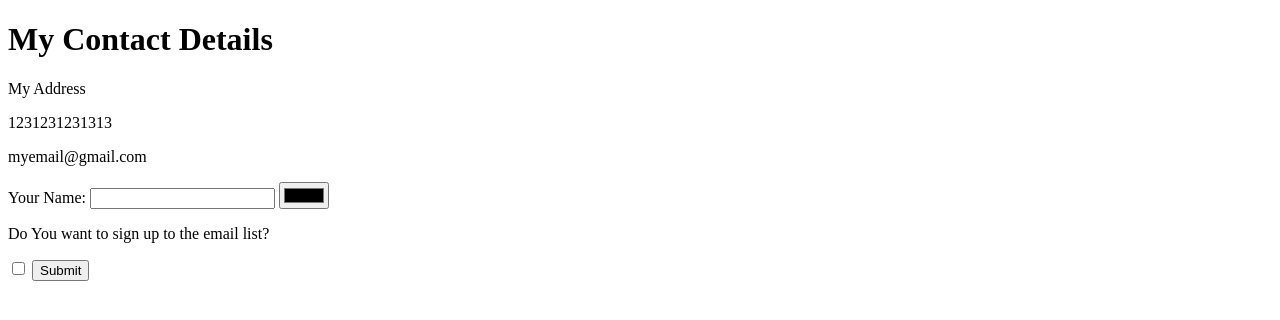
Repository: Isanderr/simple_landing_page-1
Page: contact.html
These files come from the project's save history. The page is drawn as it stood at one moment and after the next save; the edit follows.
The browser window is 1280 px wide. The pictures show the whole page.

Above is the page before, as saved 2019-01-28 23:28:04.

### contact.html
<!DOCTYPE html>
<html lang="en">

    <head>
        <meta charset="UTF-8">
        <meta name="viewport" content="width=device-width, initial-scale=1.0">
        <meta http-equiv="X-UA-Compatible" content="ie=edge">
        <title>ContactMe</title>
    </head>

    <body>
        <h1>My Contact Details</h1>
        <p>My Address</p>
        <p>1231231231313</p>
        <p>myemail@gmail.com</p>
        <form action="">
            <label for="">Your Name:</label>
            <input type="text">
            <input type="color">
            <br>
            <p>Do You want to sign up to the email list?</p><input type="checkbox">
            <input type="submit">
        </form>
    </body>

</html>

After the next save:
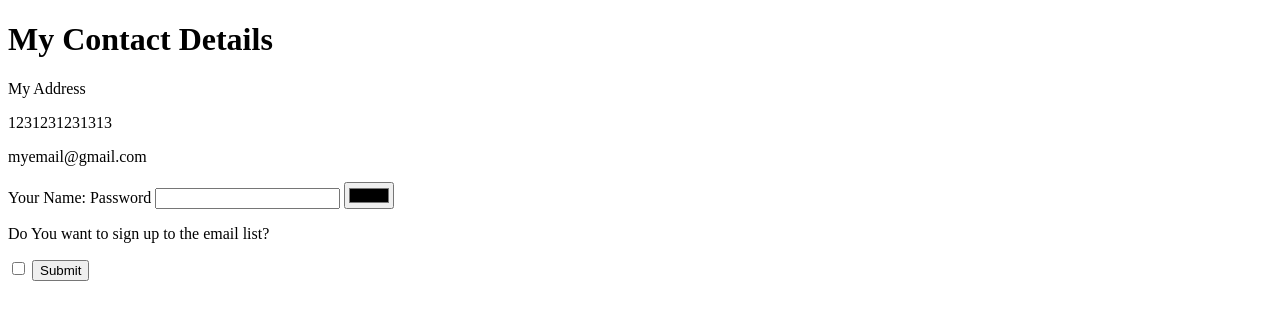
Saved 35 s later.
--- a/contact.html
+++ b/contact.html
@@ -15,6 +15,7 @@
         <p>myemail@gmail.com</p>
         <form action="">
             <label for="">Your Name:</label>
+            <label for="Password">Password</label>
             <input type="text">
             <input type="color">
             <br>
